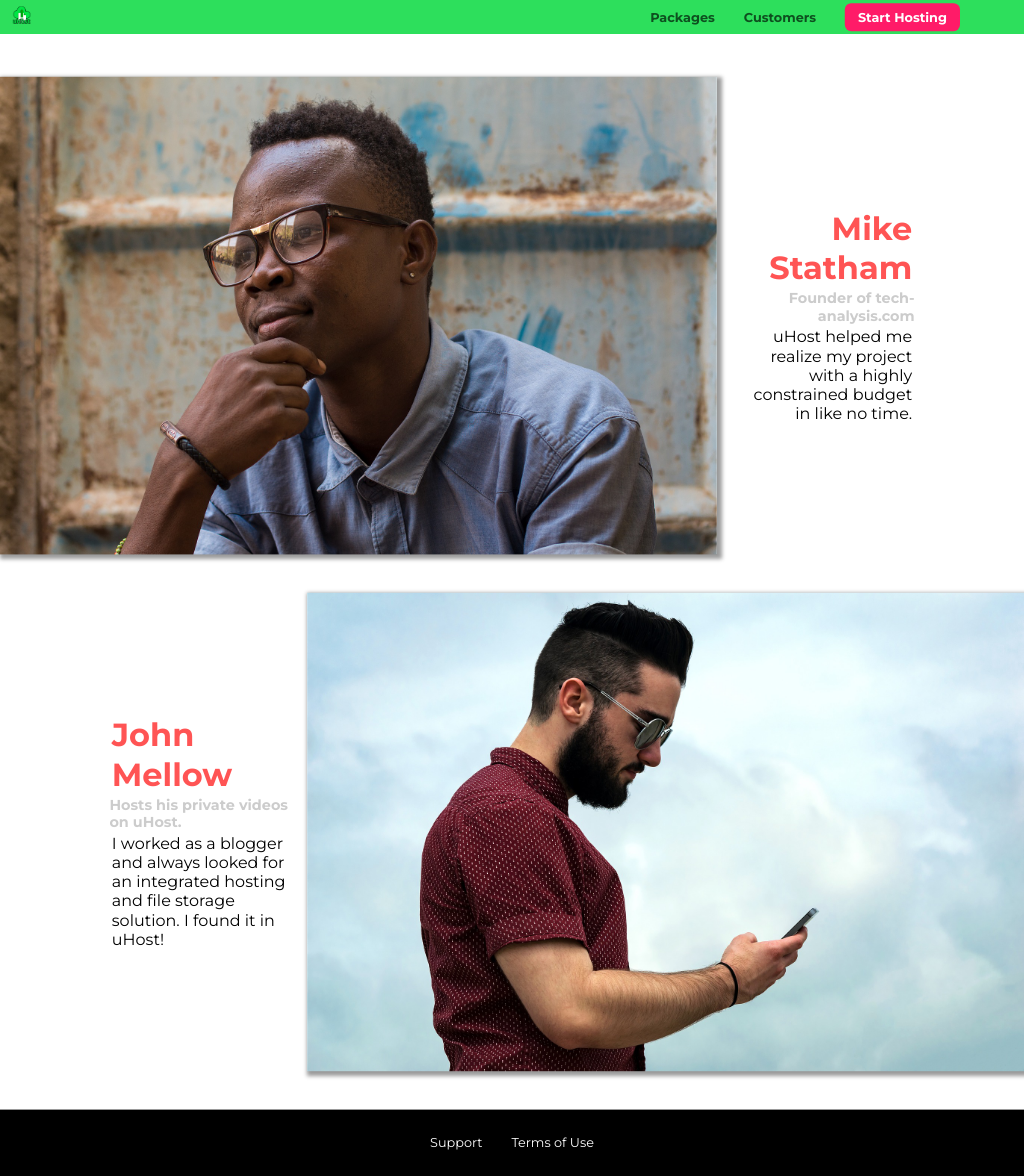
Repository: Nowacki97PL/UdemyCSS
Page: customers/index.html
An editor plug-in stored every save of this project. The page is shown before and after the next save, followed by the edit.
The browser window is 1280 px wide. The pictures show the whole page, at 80% of full size.

Above is the page before, as saved 2023-11-12 13:36:55.

After the next save:
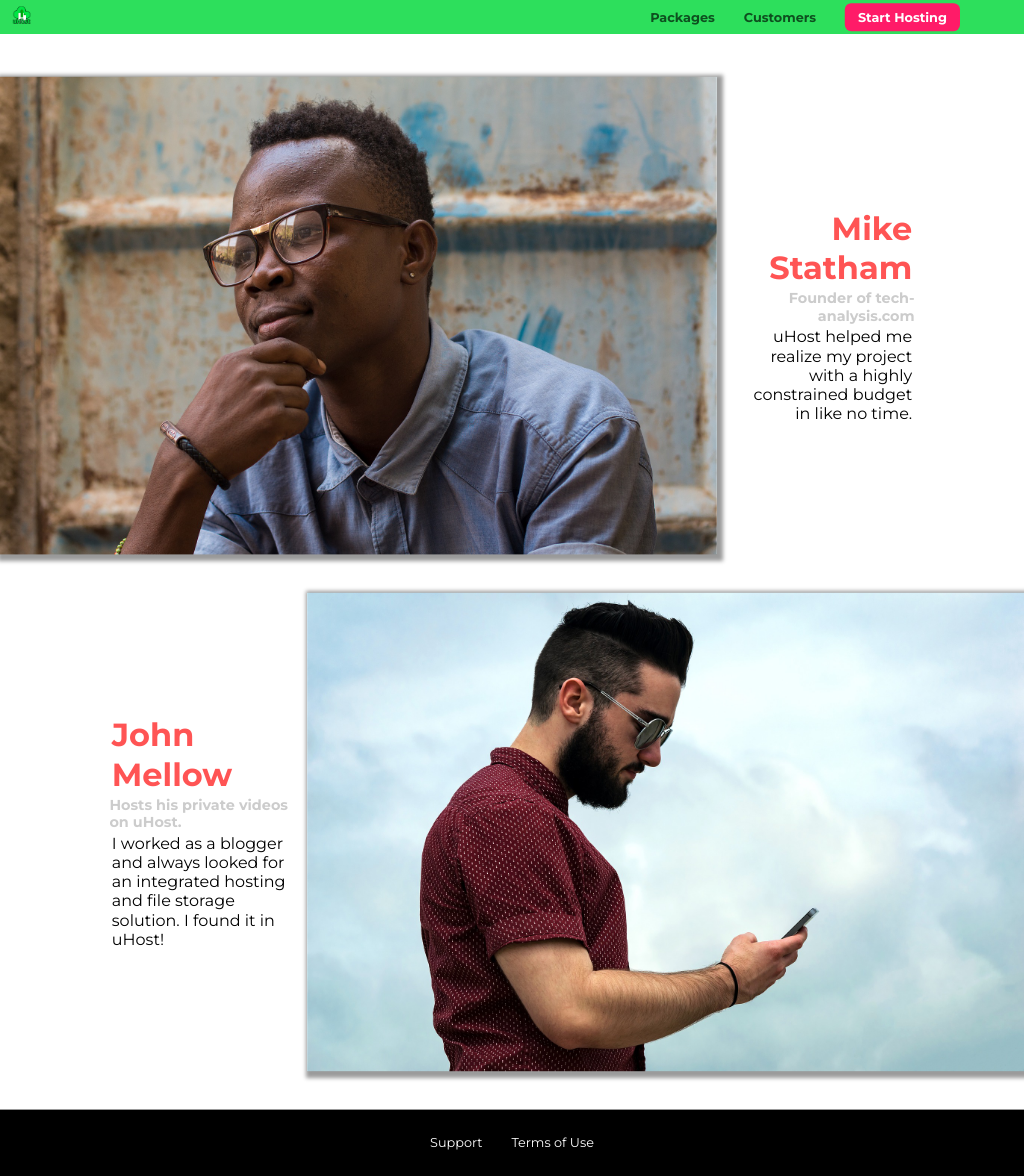
Saved 7 s later.
--- a/customers/customers.css
+++ b/customers/customers.css
@@ -16,7 +16,7 @@
     width: 70%;
     display: inline-block;
     vertical-align: middle;
-    box-shadow: 3px 3px 5px 3px rgba(0, 0,  0, 0.4);
+    box-shadow: 3px 3px 5px 5px rgba(0, 0,  0, 0.4);
   }
 
   .testimonial__image {
